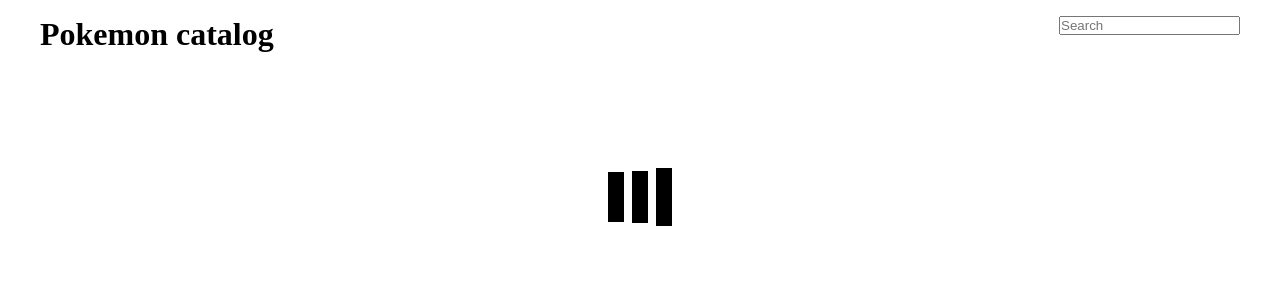
Repository: Ryszard-Penkala/pokemon-API
Page: index.html
The author's editor kept a copy of each file at every save. The page is drawn from the files as they stood at one save, then again after the next save.
The browser window is 1280 px wide. The pictures show the whole page.
The page's requests for data from a server got no answer.

Above is the page before, as saved 2020-06-28 13:20:22.

### index.html
<!DOCTYPE html>
<html lang="en">
<head>
    <meta charset="UTF-8">
    <meta name="viewport" content="width=device-width, initial-scale=1.0">
    <link href="https://fonts.googleapis.com/css2?family=Lato:wght@400;700&amp;display=swap" rel="stylesheet">
    <link rel="stylesheet" href="assets/styles/styles.css">
    <title>Pokemon API</title>
</head>
<body>
    <main class="pokemon-app">
        <header class="header-main pokemon-app__header">
            <div class="header-main__catalog">
                <h1 class="header-main__heading">Pokemon catalog</h1>
            </div>
            <div class="header-main__search-bar">
                <input class="header-main__searching header-main__searching--active" type="text" name="search" id="search" placeholder="Search" autocomplete="off">
            </div>
        </header>
        <section class="section-main pokemon-app__section" data-content>

        </section>
        <footer class="footer-main pokemon-app__footer">
            <div class="footer-main__load-bar">
                <button class="footer-main__load-button" data-load-button>Load more</button>
                <div class="footer-main__loader hidden" data-loader><div></div><div></div><div></div></div>
            </div>

        </footer>
    </main>


    <script src="assets/js/script.js"></script>
    <script>
        const Catalog = new pokemonAPICatalog();
        Catalog.init();
    </script>
</body>
</html>

### assets/styles/styles.css
*, *::before, *::after{
    margin: 0;
    padding: 0;
    box-sizing: border-box;
}
.body{
    display: flex;
    font-family: "Lato", sans-serif;
}

.pokemon-app{
    max-width: 1200px;
    margin: 0 auto;
}

.header-main{
    display: flex;
    justify-content: space-between;
    padding: 1rem 0;
}

.header-mian__catalog{
    display: inline-block;
}

.header-main__search-bar{
    display: inline-block;
}

.section-main{
    display: grid;
    grid-gap: 25px;
    grid-template-columns: repeat(auto-fit, minmax(250px, 1fr));
}
.section-main__card{
    width: 250px;
    margin: 0 auto;
}
.card__header{
    display: flex;
    justify-content: space-between;
    line-height: 24px;
}

.card__name{
    font-size: 24px;
}

.card__image{
    width: 250px;
}

.card--bold{
    font-weight: 700;
}

.footer-main__load-button{
  display: block;
  margin: 5rem auto;
  height: 5rem;
  width: 20rem;
  font-size: 24px;
  border: 5px solid;
  cursor: pointer;
}

.footer-main__load-button:hover{
  color: white;
  background-color: black;
  border: 5px solid black;
}

.footer-main__loader {
    display: block;
    position: relative;
    width: 80px;
    height: 5rem;
    margin: 5rem auto;
  }
  .footer-main__loader div {
    display: inline-block;
    position: absolute;
    left: 8px;
    width: 16px;
    background: #000;
    animation: footer-main__loader 1.2s cubic-bezier(0, 0.5, 0.5, 1) infinite;
  }
  .footer-main__loader div:nth-child(1) {
    left: 8px;
    animation-delay: -0.24s;
  }
  .footer-main__loader div:nth-child(2) {
    left: 32px;
    animation-delay: -0.12s;
  }
  .footer-main__loader div:nth-child(3) {
    left: 56px;
    animation-delay: 0;
  }
  @keyframes footer-main__loader {
    0% {
      top: 8px;
      height: 5rem;
    }
    50%, 100% {
      top: 24px;
      height: 3rem;
    }
  }

.hidden{
    display: none;
    background-color: green;
  }

### assets/js/script.js
class pokemonAPICatalog {
    constructor() {
        this.catalog = null;
        this.cards = [];
        this.page = 1;

        this.API = "https://api.pokemontcg.io";
        this.API_VERSION= "v1";
        this.API_RESOURCE = "cards?pageSize=4&page=2";
        this.API_PAGE_SIZE = "pageSize=4"
        this.API_PAGE = "page="

        this.API_ENDPOINT = `${this.API}/${this.API_VERSION}/${this.API_RESOURCE}?${this.API_PAGE_SIZE}&${this.API_PAGE}${this.page}`;

        this.UiSelectors = {
            content : `[data-content]`,
            loadButton : `[data-load-button]`,
            loader : `[data-loader]`
        }
    }
    init(){
        this.catalog = document.querySelector(this.UiSelectors.content);
        this.loadButton = document.querySelector(this.UiSelectors.loadButton);
        this.loader = document.querySelector(this.UiSelectors.loader);
        this.pullCards(this.API_ENDPOINT);
        this.loadButton.addEventListener("click",()=>{
            this.updateAPI_ENDPOINT();
            this.pullCards(this.API_ENDPOINT);
        })
    }

    updateAPI_ENDPOINT(){
        this.page ++;
        this.API_ENDPOINT = `${this.API}/${this.API_VERSION}/${this.API_RESOURCE}?${this.API_PAGE_SIZE}&${this.API_PAGE}${this.page}`;
    }

    updateClassList(){
        this.loadButton.classList.toggle('hidden');
        this.loader.classList.toggle('hidden');
    }

    async pullCards(url){
        this.updateClassList();
        const { cards } = await this.fetchData(url)
        this.cards = [...cards];
        this.addCards(this.cards);
        this.updateClassList();
    }


    async fetchData(url){
        const response = await fetch(url);
        const parsedResponse = await response.json();

        return parsedResponse;
    }

    addCards(cards){
        this.cards.map(card => {
            this.catalog.insertAdjacentHTML("beforeend", this.drawCard(card))
        });
    }

    drawCard(card){
        return(
            `<span class="section-main__card">
                <header class="card__header">
                    <span class="card__name card--bold">${card.name}</span>
                    <span class="card__id">Nr: ${card.number}</span>
                </header>
                <img src=${card.imageUrl} class="card__image">
                <footer class="card_footer">
                    <div class="card__supertype">
                        <span class="card__supertype card--bold">Supertype : </span>
                        ${card.supertype}
                    </div>
                    <div class="card__subtype">
                        <span class="card__subtype card--bold">Subtype : </span>
                        ${card.subtype}
                    </div>
                    <div class="card__rarity">
                        <span class="card__rarity card--bold">Rarity : </span>
                        ${card.rarity}
                    </div>
                </footer>
            </span>`
        )
    }
}

After the next save:
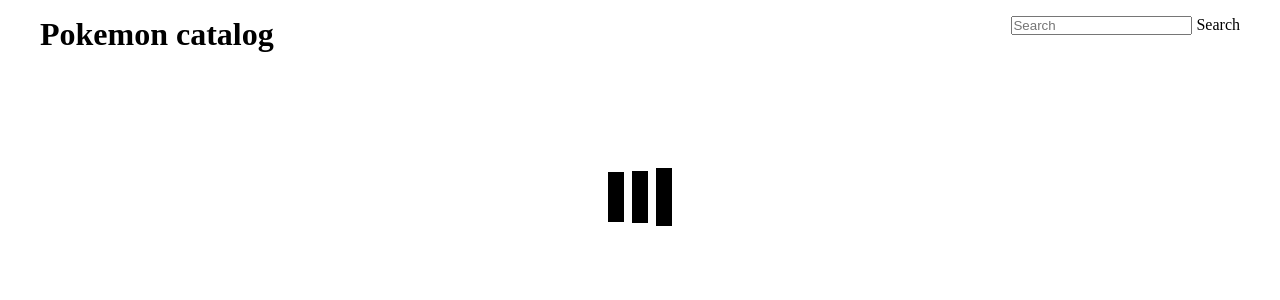
Saved 2 min 17 s later.
--- a/index.html
+++ b/index.html
@@ -15,6 +15,7 @@
             </div>
             <div class="header-main__search-bar">
                 <input class="header-main__searching header-main__searching--active" type="text" name="search" id="search" placeholder="Search" autocomplete="off">
+                <label for="search" class="header-main__search-label">Search</label>
             </div>
         </header>
         <section class="section-main pokemon-app__section" data-content>
